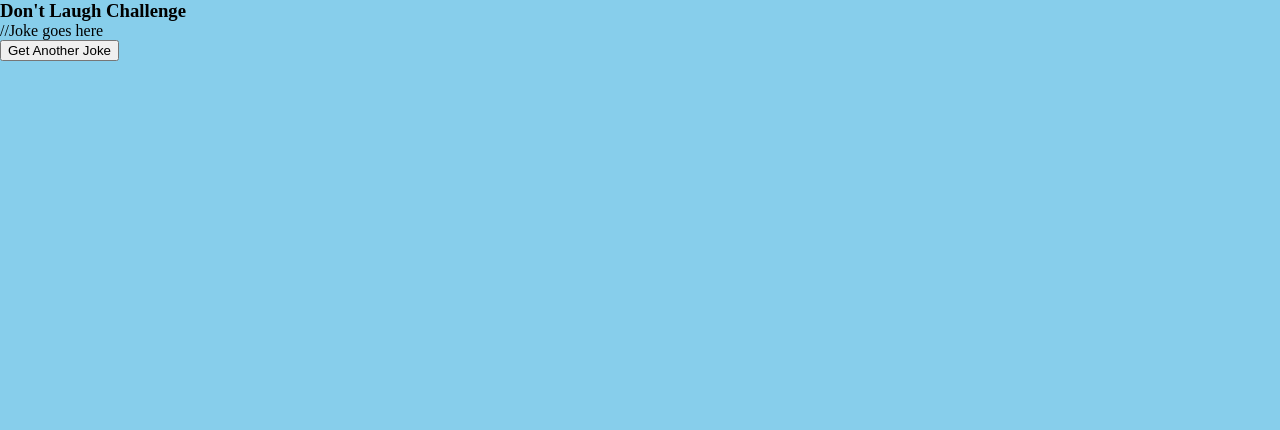
Repository: MMXiaohang/50projects50days-copy
Page: 10-dad-jokes/1-index.html
These files come from the project's save history. The page is drawn as it stood at one moment and after the next save; the edit follows.
The browser window is 1280 px wide. The pictures show the whole page.

Above is the page before, as saved 2022-07-13 00:02:10.

After the next save:
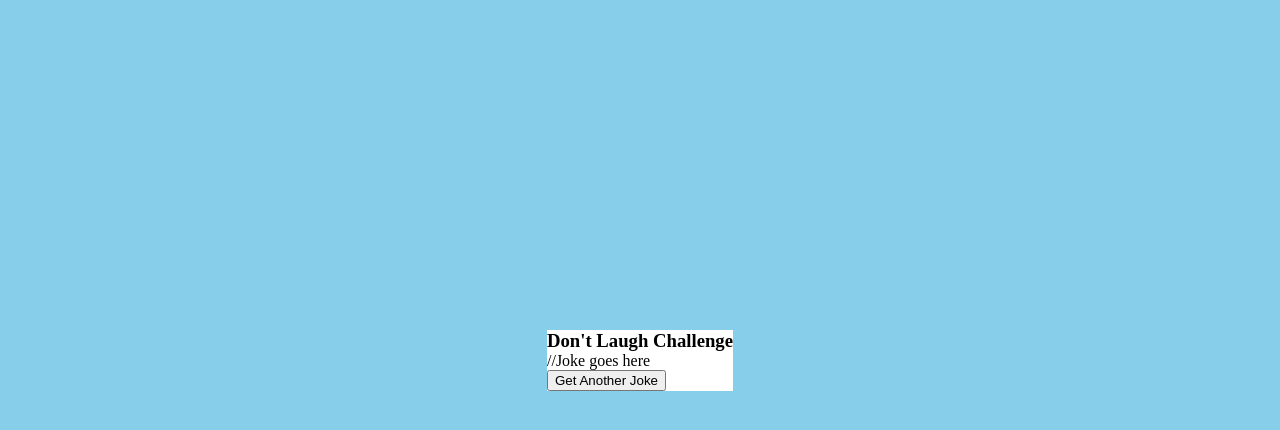
Saved 36 s later.
--- a/10-dad-jokes/1-style.css
+++ b/10-dad-jokes/1-style.css
@@ -9,13 +9,16 @@
 body{
     background-color: skyblue;
     font-family: 'Roboto' sans-serif;
-    display: center;
+    display: flex;
+    flex-direction: column;
     justify-content: center;
     align-items: center;
     height: 100vh;
     overflow: hidden;
+    padding: 20px;
 }
 
 .container {
-    w
+    background-color: #fff;
+
 }
